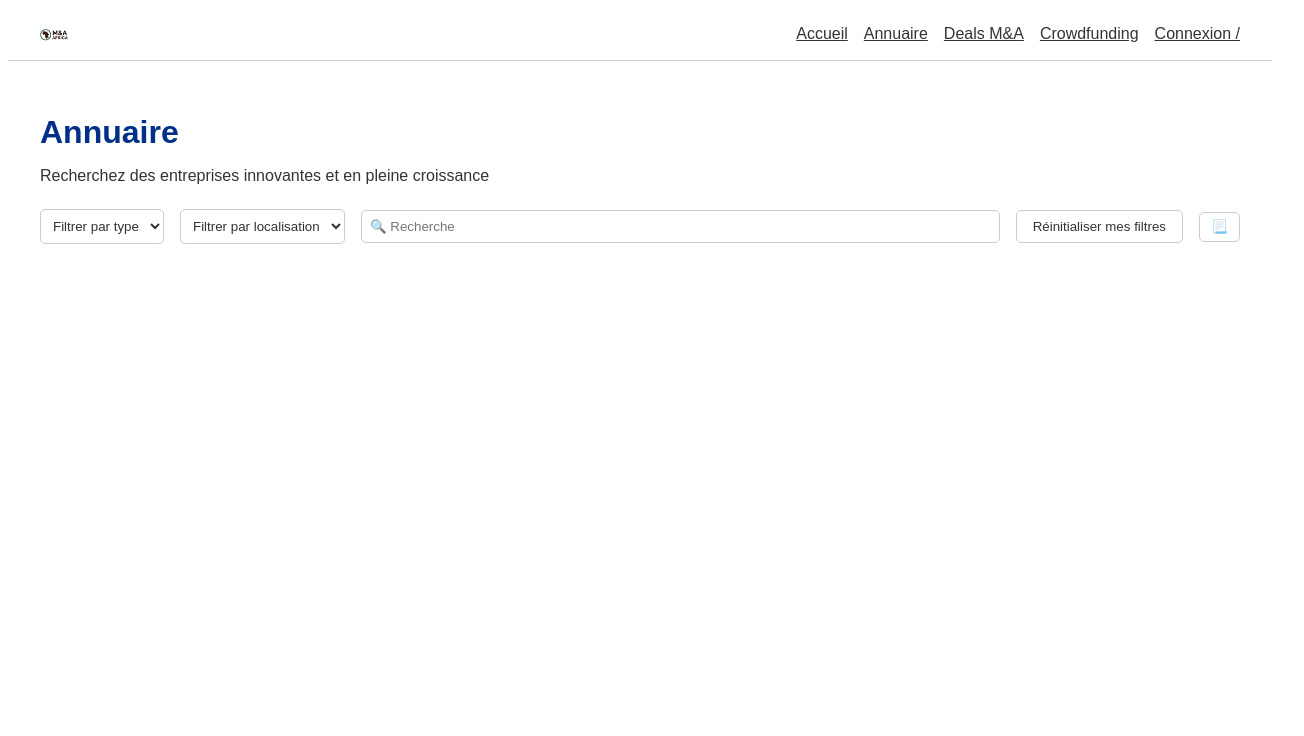
Repository: MFredy25/africa-fusion
Page: /annuaire
These files come from the project's save history. The page is drawn as it stood at one moment and after the next save; the edit follows.
The browser window is 1280 px wide. The page is 1280 px wide, then 1304 px, so the pictures cover 1304 px, including what lies to the right of the window. The pictures show the whole page.
The page's requests for data from a server got no answer. The project was rebuilt for these pictures with package versions that can differ from the ones it lists, and the page was loaded fresh each time. The framework's server and built-in components were replaced by stand-ins that run in the browser. No one was signed in, and anything a server would have sent is missing. Also part of the build but not shown: next.config.js, next.config.ts.

Above is the page before, as saved 2025-06-08 17:13:14.

After the next save:
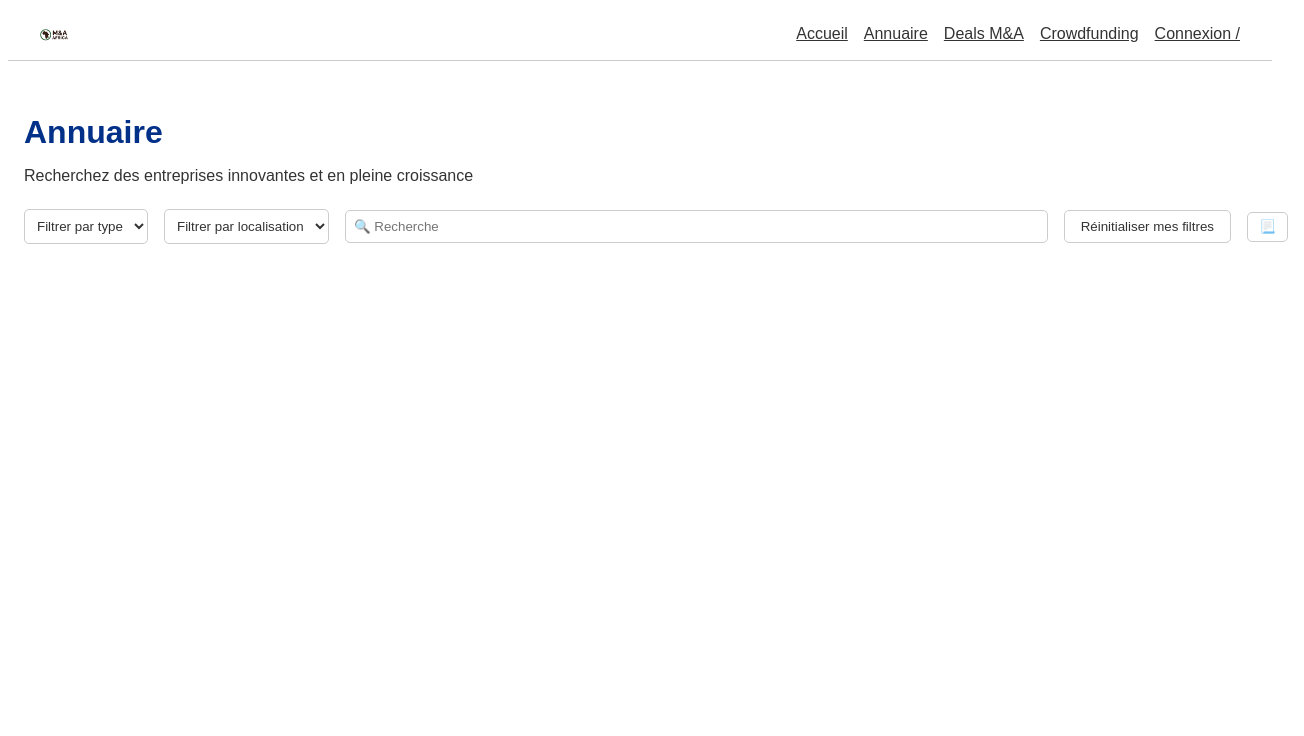
Saved 6 days later.
--- a/src/app/annuaire/page.tsx
+++ b/src/app/annuaire/page.tsx
@@ -173,10 +173,8 @@ export default function Annuaire() {
       <main
         style={{
           flex: '1 0 auto',
-          maxWidth: '1200px',
-          margin: '0 auto',
           padding: '2rem 1rem',
-          width: '100%',
+          width: '100%',            // ← pleine largeur
         }}
       >
         <h1 style={{ fontSize: '2rem', marginBottom: '0.5rem', color: '#003087' }}>
